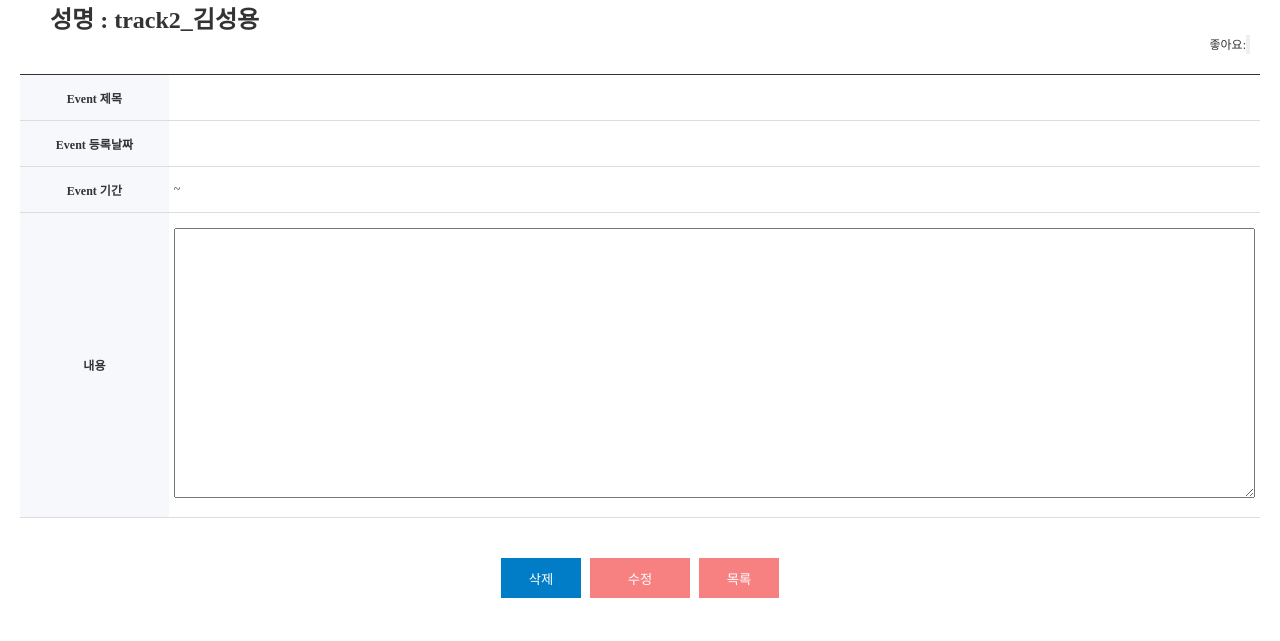
Repository: ddd5733/MVC-Pattern
Page: http://localhost/track2_exam_김성용/examGoView
These files come from the project's save history. The page is drawn as it stood at one moment and after the next save; the edit follows.
The browser window is 1280 px wide. The pictures show the whole page.
Some web libraries are served in a nearby version. The page is served by Tomcat 9. Queries for data that is not in the repository find no rows.

Above is the page before, as saved 2020-01-09 04:42:00.

After the next save:
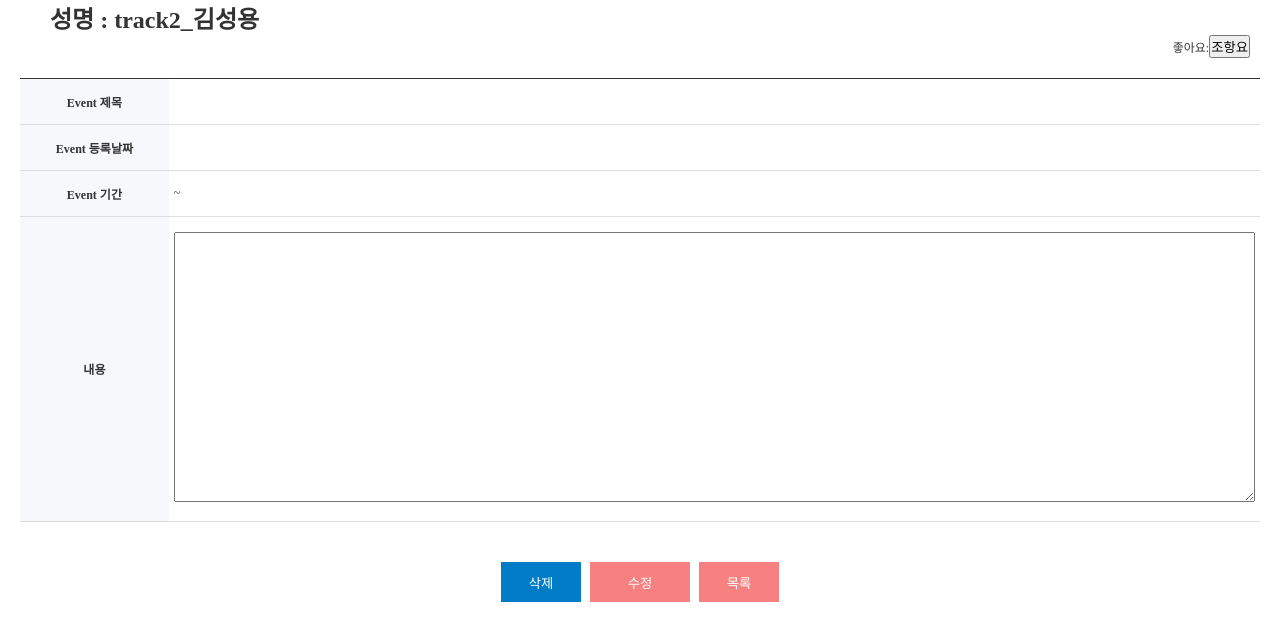
Saved 3 min 41 s later.
--- a/김성용_eclipse_source/track2_exam_김성용/WebContent/exam_event/event_v.jsp
+++ b/김성용_eclipse_source/track2_exam_김성용/WebContent/exam_event/event_v.jsp
@@ -28,7 +28,7 @@
 		<div class="leftmargin">
 			<h1>성명 : track2_김성용</h1>
 			<div class="likebox">
-			좋아요:${t_dto.getLikecount()}<input type="button" value=""/>
+			좋아요:${t_dto.getLikecount()}<input type="button" style="" value="조항요"/>
 			</div>
 		</div>
 		<div class="write_wrap">
